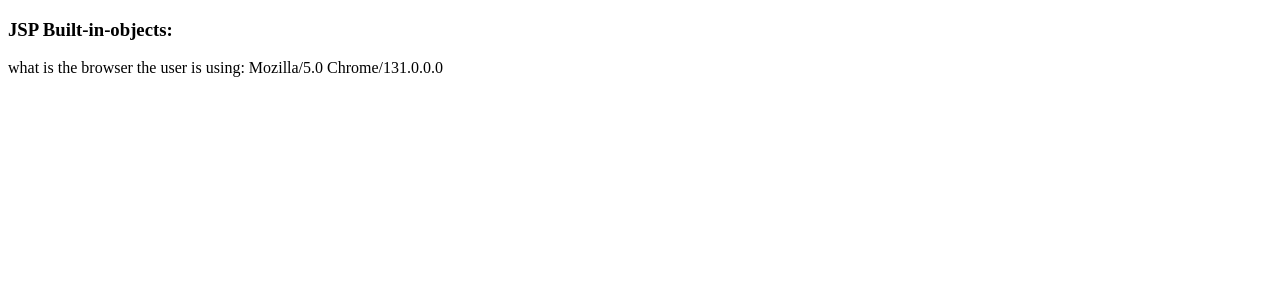
Repository: keerthana-777/01-helloworld
Page: http://localhost/01-helloworld/builtin-test.jsp
An editor plug-in stored every save of this project. The page is shown before and after the next save, followed by the edit.
The browser window is 1280 px wide. The pictures show the whole page.
The page is served by Tomcat 9.

Above is the page before, as saved 2022-04-13 14:29:21.

After the next save:
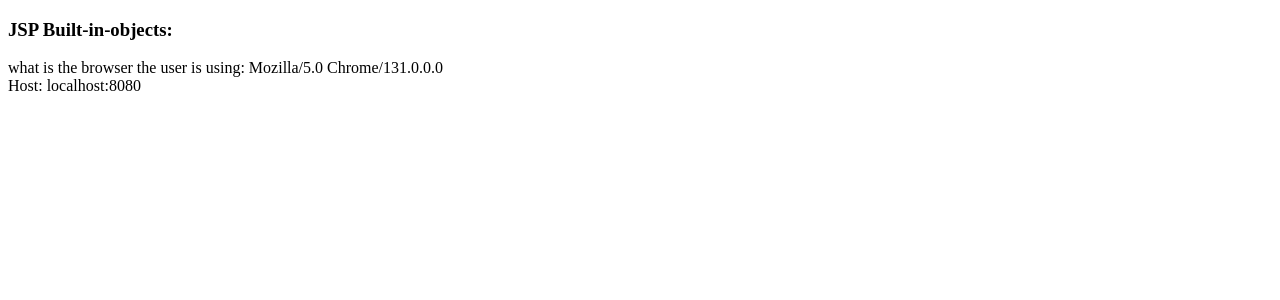
Saved 3 min 18 s later.
--- a/eclipse-workspace/01-helloworld/src/main/webapp/builtin-test.jsp
+++ b/eclipse-workspace/01-helloworld/src/main/webapp/builtin-test.jsp
@@ -10,5 +10,7 @@
   <h3>JSP Built-in-objects:</h3>
 
   what is the browser the user is using: <%= request.getHeader("user-Agent") %>
+  </br>
+  Host: <%= request.getHeader("Host") %>
 </body>
 </html>
